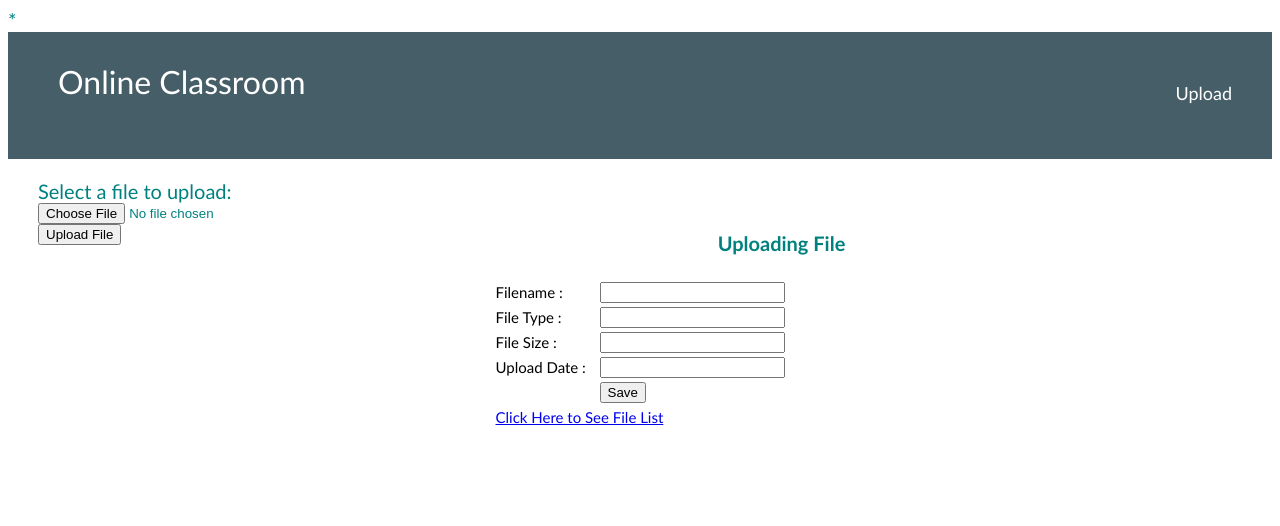
Repository: cs192-s2-2013/coffee
Page: http://localhost/BCOnlineClassroom/WEB-INF/jsp/upload.jsp
The author's editor kept a copy of each file at every save. The page is drawn from the files as they stood at one save, then again after the next save.
The browser window is 1280 px wide. The pictures show the whole page.
The page is served by Tomcat 9. Nobody is signed in. Other server files are loaded and not shown. The template is opened directly, without the code that normally fills it, so the values that code supplies are empty.

Above is the page before, as saved 2014-03-01 03:26:52.

### BCOnlineClassroom/WebContent/WEB-INF/jsp/upload.jsp
<!--  Edit starts here -->
<%@ taglib uri="http://www.springframework.org/tags/form" prefix="form"%> *
<!--  Edit ends here -->

<%@ taglib uri="http://java.sun.com/jsp/jstl/core" prefix="c" %>
<%@ page session="false" %>

<html>
<head>
<meta http-equiv="Content-Type" content="text/html; charset=UTF-8">
<title>Upload</title>

<!--  Edit starts here -->
<style>
body {
	font-size: 20px;
	color: teal;
	font-family: Calibri;
}

td {
	font-size: 15px;
	color: black;
	width: 100px;
	height: 22px;
	text-align: left;
}

.heading {
	font-size: 18px;
	color: white;
	font: bold;
	background-color: orange;
	border: thick;
}
</style>
<!--  Edit ends here -->

</head>
<body>
<div id="titlebox" style="background-color:#465e67; height:18%; margin-top:none;">
<div id="title" style="margin-top:30px; margin-left:50px; float:left;"><font size="6px" color="white">Online Classroom</font></div>

<div id="menu" style="margin-top:50px; margin-right:40px; float:right; ">
<font color="white"; size ="4px">Upload</font>
</div>
</div>
<div style="margin-top:20px; margin-left:30px; float:left;">
Select a file to upload: <br />
<form action="fileUploaded" method="post"
                        enctype="multipart/form-data">
<input type="file" name="file" size="50" />
<br />
<input type="submit" value="Upload File" />
</form>
</div>

<!--  Edit starts here -->
	<center>
		<br /> <br /> <br /> <b>Uploading File </b> <br />
		<br />
		<div>
			<form:form method="post" action="/insert" modelAttribute="matFile">
				<table>
					<tr>
						<td>Filename :</td>
						<td><form:input path="fileName" /></td>
					</tr>
					<tr>
						<td>File Type :</td>
						<td><form:input path="fileType" /></td>
					</tr>
					<tr>
						<td>File Size :</td>
						<td><form:input path="fileSize" /></td>
					</tr>
					<tr>
						<td>Upload Date :</td>
						<td><form:input path="uploadDate" /></td>
					</tr>
					<tr>
						<td>&nbsp;</td>
						<td><input type="submit" value="Save" /></td>
					</tr>
					<tr>

						<td colspan="2"><a href="getList">Click Here to See File List</a></td>
					</tr>
				</table>
			</form:form>
		</div>
	</center>
<!-- Edit ends here -->

</body>
</html>

After the next save:
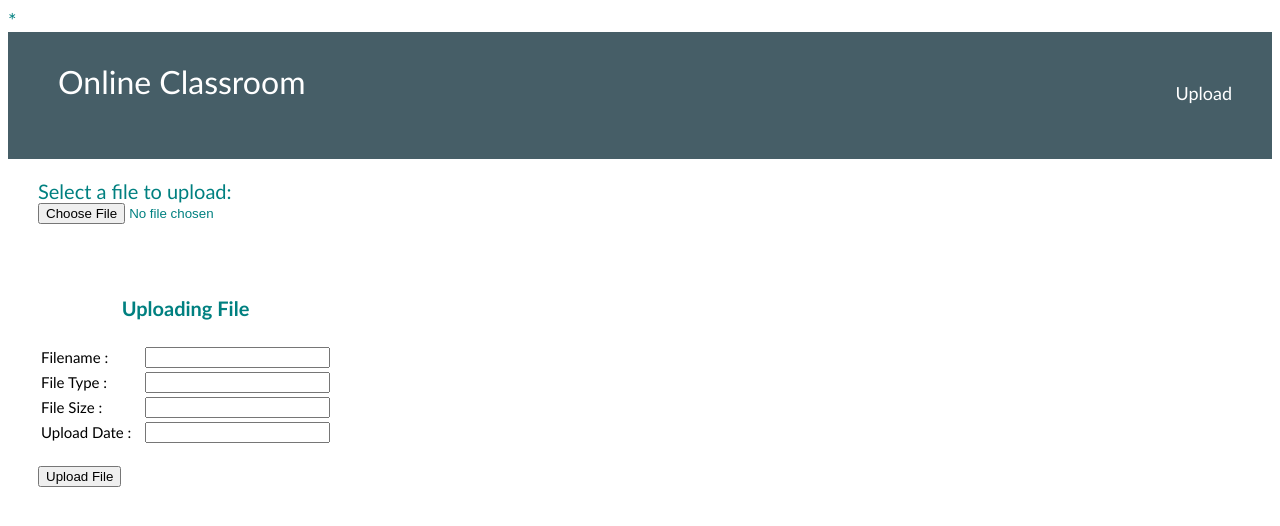
Saved 8 min 35 s later.
--- a/BCOnlineClassroom/WebContent/WEB-INF/jsp/upload.jsp
+++ b/BCOnlineClassroom/WebContent/WEB-INF/jsp/upload.jsp
@@ -47,13 +47,10 @@ td {
 </div>
 <div style="margin-top:20px; margin-left:30px; float:left;">
 Select a file to upload: <br />
-<form action="fileUploaded" method="post"
+<form action="fileUploaded" method="post" modelAttribute="matFile"
                         enctype="multipart/form-data">
 <input type="file" name="file" size="50" />
 <br />
-<input type="submit" value="Upload File" />
-</form>
-</div>
 
 <!--  Edit starts here -->
 	<center>
@@ -78,19 +75,16 @@ Select a file to upload: <br />
 						<td>Upload Date :</td>
 						<td><form:input path="uploadDate" /></td>
 					</tr>
-					<tr>
-						<td>&nbsp;</td>
-						<td><input type="submit" value="Save" /></td>
-					</tr>
-					<tr>
-
-						<td colspan="2"><a href="getList">Click Here to See File List</a></td>
-					</tr>
 				</table>
 			</form:form>
 		</div>
 	</center>
 <!-- Edit ends here -->
 
+<input type="submit" value="Upload File" />
+</form>
+</div>
+
+
 </body>
 </html>
